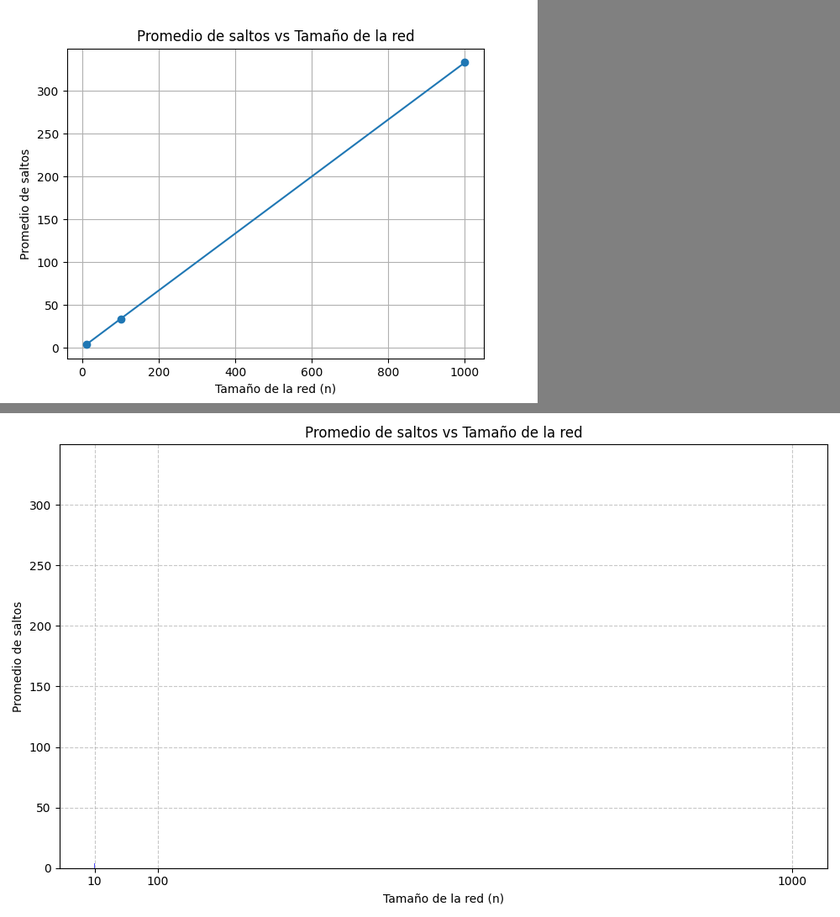
Repository: Carpinteron/TallerrRedes
Script's output: python SimulacionTaller.py
These files come from the project's save history. The script's output is drawn as it stood at one moment and after the next save; the edit follows.
The pictures are shown at 84% of full size.
Each picture stacks the figures in order, with grey between them; figures that are only written to a file come last. Random numbers start from a fixed seed.

Above is the script's output before, as saved 2025-02-11 08:33:20.

After the next save:
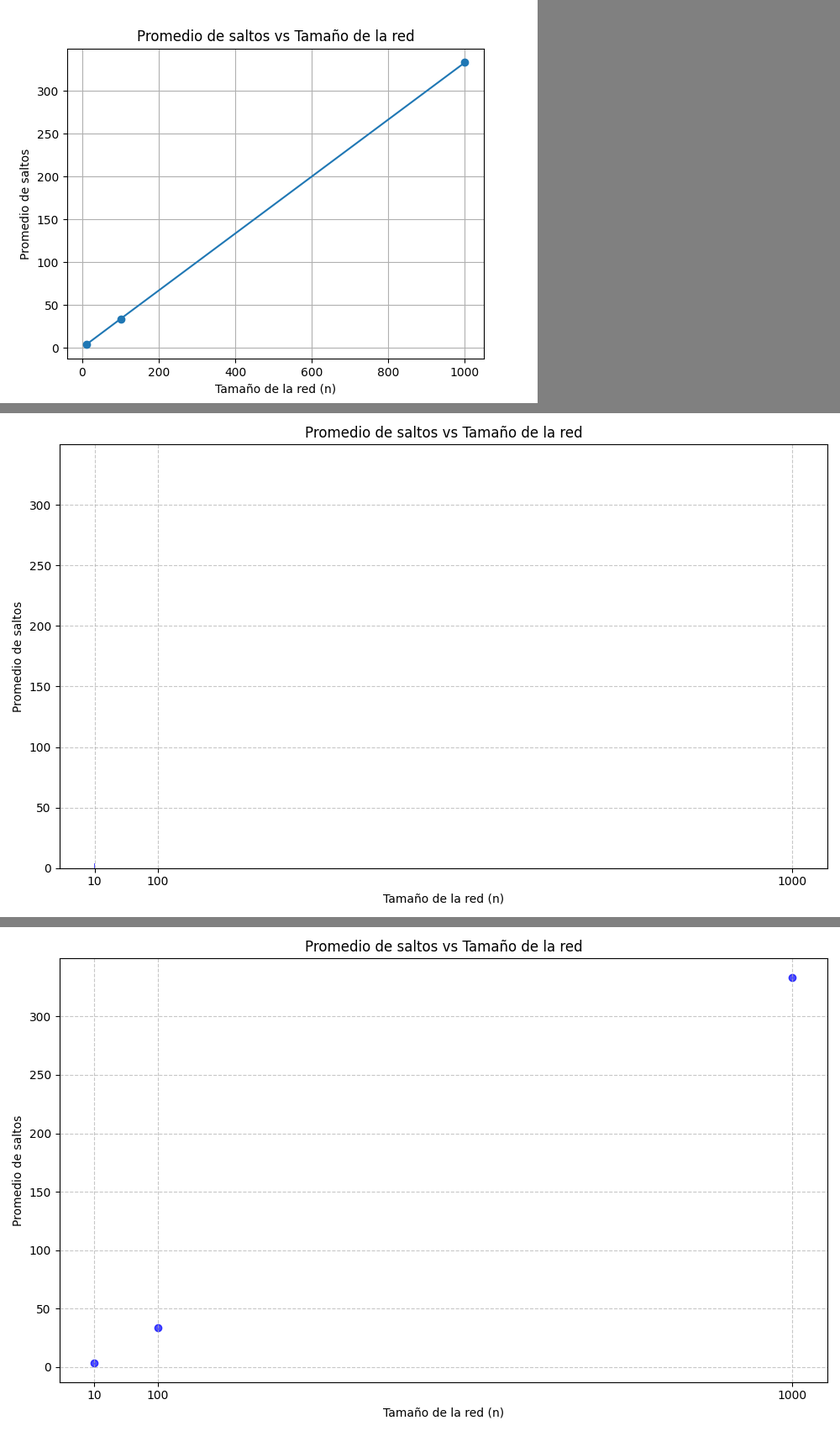
Saved 16 s later.
--- a/SimulacionTaller.py
+++ b/SimulacionTaller.py
@@ -56,3 +56,14 @@ plt.xticks(tamanos) # Asegurarse de que todos los tamaños de red estén en el e
 plt.grid(True, linestyle='--', alpha=0.7) # Mejorar la visualización de la cuadrícula
 plt.tight_layout() # Ajustar el layout para que todo se vea bien
 plt.show()
+
+# Graficar los resultados como dispersión
+plt.figure(figsize=(10, 6)) # Ajustar el tamaño de la figura
+plt.scatter(tamanos, promedios, color='b', alpha=0.7)
+plt.xlabel('Tamaño de la red (n)')
+plt.ylabel('Promedio de saltos')
+plt.title('Promedio de saltos vs Tamaño de la red')
+plt.xticks(tamanos) # Asegurarse de que todos los tamaños de red estén en el eje x
+plt.grid(True, linestyle='--', alpha=0.7) # Mejorar la visualización de la cuadrícula
+plt.tight_layout() # Ajustar el layout para que todo se vea bien
+plt.show()
